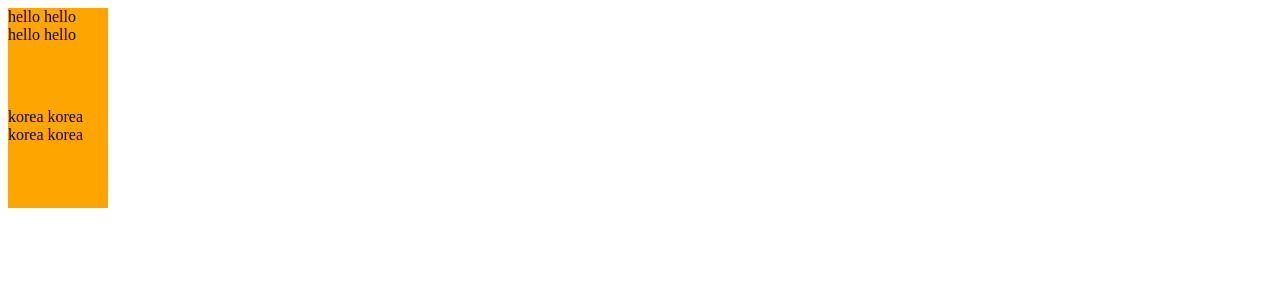
Repository: hminah0215/bitcamp
Page: http://localhost/day0218/exam01/ex09.jsp
An editor plug-in stored every save of this project. The page is shown before and after the next save, followed by the edit.
The browser window is 1280 px wide. The pictures show the whole page.
The page is served by Tomcat 9.

Above is the page before, as saved 2020-02-18 01:13:56.

After the next save:
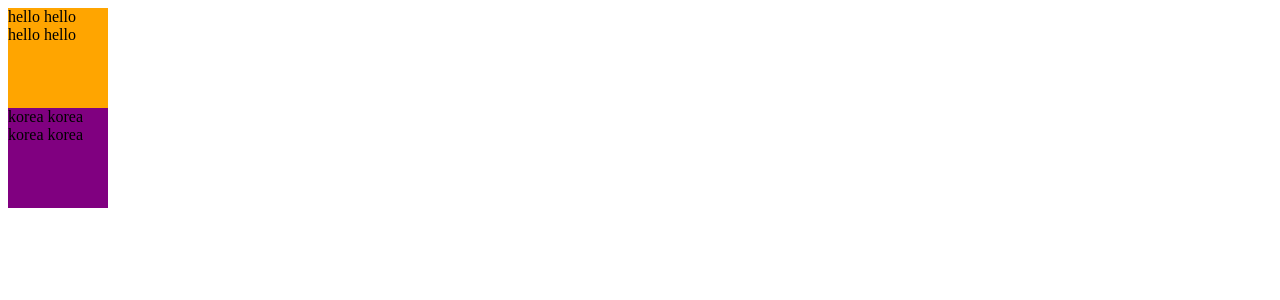
Saved 23 s later.
--- a/save_eclipse/day0218/WebContent/exam01/ex09.jsp
+++ b/save_eclipse/day0218/WebContent/exam01/ex09.jsp
@@ -7,7 +7,7 @@
 <title>Insert title here</title>
 <style type="text/css">
 	#first{width: 100px; height: 100px; background: orange;}
-	#second{width: 100px; height: 100px; background: orange;}
+	#second{width: 100px; height: 100px; background: purple;}
 </style>
 </head>
 <body>
